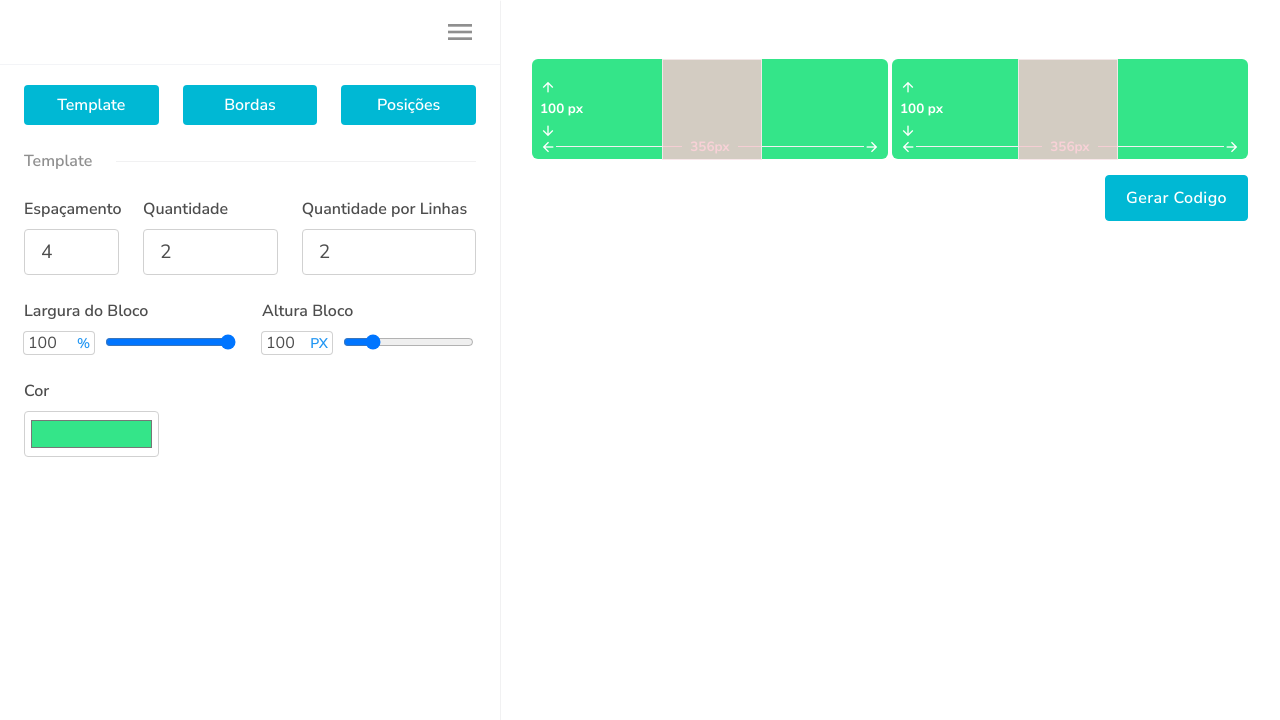
Repository: Flintdl/lowcode-elements
Page: /
These files come from the project's save history. The page is drawn as it stood at one moment and after the next save; the edit follows.
The browser window is 1280 px wide. The pictures show the whole page.
The project was rebuilt for these pictures with package versions that can differ from the ones it lists, and the page was loaded fresh each time. Also part of the build but not shown: vue.config.js.

Above is the page before, as saved 2022-04-06 14:44:28.

After the next save:
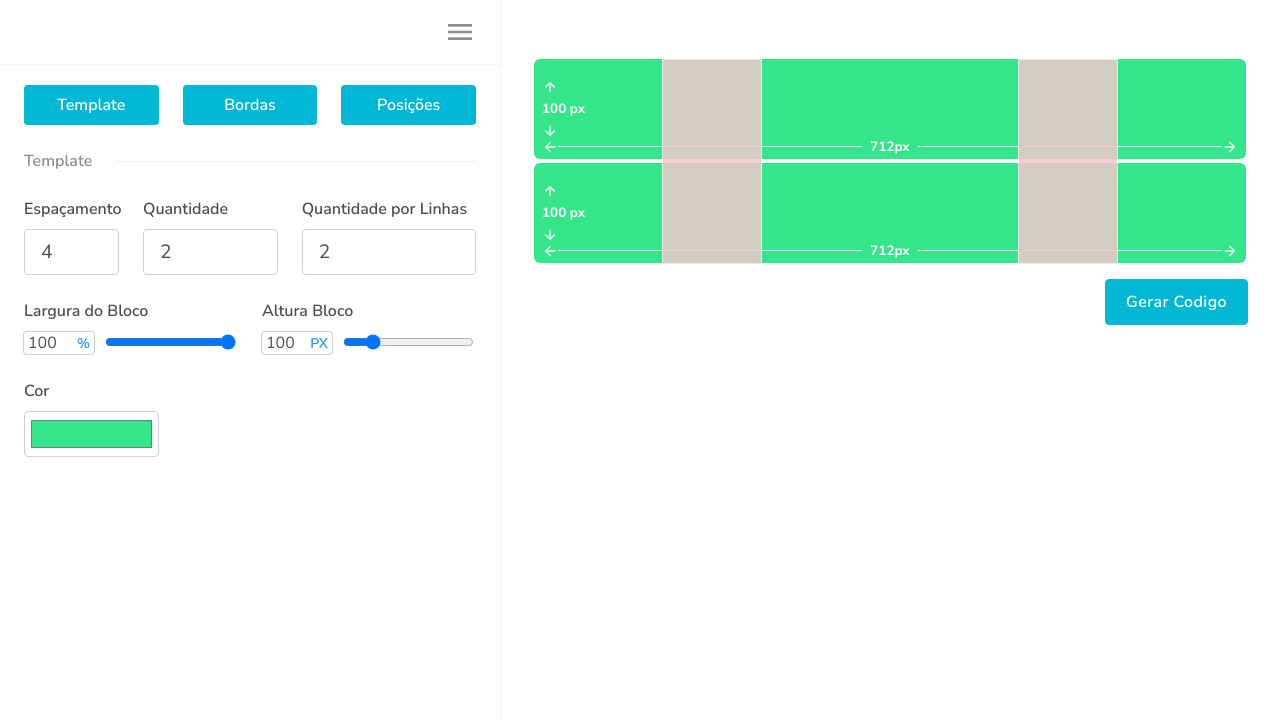
Saved 53 s later.
--- a/src/views/HomeView.vue
+++ b/src/views/HomeView.vue
@@ -96,7 +96,7 @@ export default {
       return {
         width: `calc((${this.valor}% - ${this.inputGap}px * ${
           this.quantidadeLinha - "1"
-        }) / ${this.quantidadeLinha})`,
+        }))`,
       };
     },
     cssProps() {
